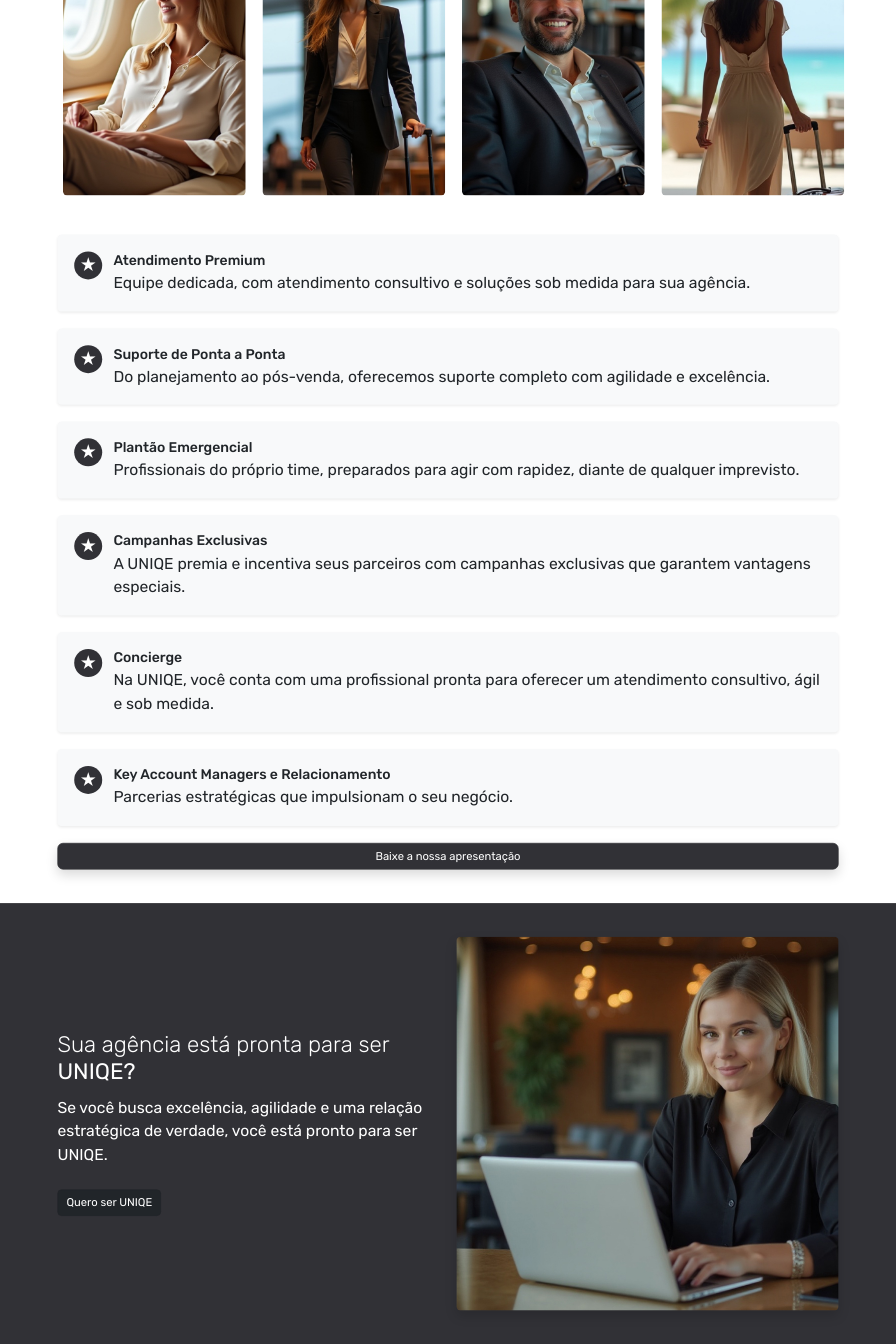
Repository: SkyTeam-Dev/Site-Uniqe
Page: http://localhost/
The author's editor kept a copy of each file at every save. The page is drawn from the files as they stood at one save, then again after the next save.
The browser window is 1280 px wide. The pictures show the part of the page from y = 1233 to 3153 px (the page is 3153 px tall), at 70% of full size.
Some web libraries are served in a nearby version. The page is run by PHP 8.4 with error messages shown; the project is at /var/www/html/.

Above is the page before, as saved 2025-07-03 16:15:05.

### index.php
<!DOCTYPE html>
<html lang="pt-br">

<head>
    <title>:: Uniqe by Skyteam ::</title>
    <!-- Define uma descrição otimizada para mecanismos de busca (Maximo 160 caracteres mas o recomendado é 50 caracteres) -->
    <meta name="description"
        content="CADASTRO SIMPLES, DESCONTOS E CASHBACK A viagem do seu cliente com as melhores condições Conectamos o agente a descontos imbatíveis Ofereça seus serviços a preços mais atrativos com a Uniqe By Skyteam, uma plataforma para reservas de aéreo, hotelaria, seguro-viagem e locação nacional com descontos e cashback, projetada para qualquer agente de viagem" />
    <!-- Define palavras-chave (não tem mais impacto no Google, mas pode ajudar em outros mecanismos) -->
    <meta name="keywords" content="palavra-chave1, palavra-chave2, palavra-chave3">
    <meta charset="utf-8">
    <meta http-equiv="X-UA-Compatible" content="IE=edge">
    <link rel="canonical" href="https://uniqe.tur.br/" />
    <link rel='shortlink' href='https://uniqe.tur.br/' />

    <!-- Define a indexação pelos mecanismos de busca -->
    <meta name="robots" content="index, follow"> <!-- Para indexar e seguir links -->
    <meta name="googlebot" content="index, follow"> <!-- Específico para o Google -->
    <meta name="bingbot" content="index, follow"> <!-- Específico para o Bing -->

    <!-- GOOGLE JSON-LD para SEO -->
    <script type="application/ld+json">
    {
        "@context": "https://schema.org",
        "@type": "WebSite",
        "name": "Uniqe by Skyteam",
        "url": "https://uniqe.tur.br",
        "description": "Consolidadora PREMIUM para grandes negócios do turismo. Atendimento completo, personalizado e com foco em performance e relacionamento, venha ser Uniqe",
        "image": "https://uniqe.tur.br/Templates/Default/Imagens/OG_Uniqe_Base.jpg",
        "author": {
            "@type": "Person",
            "name": "Uniqe"
        },
        "publisher": {
            "@type": "Organization",
            "name": "Uniqe by Skyteam",
            "logo": {
                "@type": "ImageObject",
                "url": "https://uniqe.tur.br/Templates/Default/Imagens/OG_Uniqe_Base.jpg"
            }
        }
    }
    </script>
    <!-- GOOGLE JSON-LD para SEO -->

    <!-- Define o autor do conteúdo -->
    <meta name="author" content="Uniqe by Skyteam">

    <!-- Controla como o Google exibe o snippet do site -->
    <meta name="google" content="nosnippet"> <!-- Impede snippets na SERP -->
    <meta name="google" content="max-snippet:-1, max-image-preview:large, max-video-preview:-1">
    <!-- Personaliza como o conteúdo é mostrado -->

    <!-- Diz ao Google para não traduzir a página automaticamente -->
    <meta name="google" content="notranslate">

    <!-- Define a geolocalização para buscas locais -->
    <meta name="DC.title" content="Uniqe By SkyTeam" />
    <meta name="geo.region" content="BR-RS" />
    <meta name="geo.placename" content="Porto Alegre" />
    <meta name="geo.position" content="-30.030205;-51.229975" />
    <meta name="ICBM" content="-30.030205, -51.229975" />
    <!-- Criador do conteúdo -->
    <meta name="DC.creator" content="Uniqe By SkyTeam">
    <!-- Assunto ou tema do conteúdo -->
    <meta name="DC.subject"
        content="Consolidadora PREMIUM para grandes negócios do turismo. Atendimento completo, personalizado e com foco em performance e relacionamento, venha ser Uniqe">
    <!-- Descrição do conteúdo -->
    <meta name=" DC.description"
        content="Consolidadora PREMIUM para grandes negócios do turismo. Atendimento completo, personalizado e com foco em performance e relacionamento, venha ser Uniqe">

    <!-- Editora ou organização responsável -->
    <meta name="publisher" content="Uniqe By SkyTeam">
    <!-- Identificador único (ex: URL, DOI) -->
    <meta name="identifier" content="https://uniqe.tur.br">
    <!-- Idioma do conteúdo -->
    <meta name="language" content="pt-BR">

    <!-- Direitos autorais e licenciamento -->
    <meta name="rights" content="© 2025 Uniqe By SkyTeam. Todos os direitos reservados.">


    <!-- Definição do protocolo Open Graph BASE -->
    <meta property="og:type" content="website">
    <!-- URL canônica da página -->
    <meta property="og:url" content="https://uniqe.tur.br/">
    <!-- Título que aparecerá no compartilhamento -->
    <meta property="og:title" content="Uniqe by Skyteam">
    <!-- Descrição curta e chamativa -->
    <meta property="og:description"
        content="Consolidadora PREMIUM para grandes negócios do turismo. Atendimento completo, personalizado e com foco em performance e relacionamento, venha ser Uniqe">
    <!-- Imagem para exibição no compartilhamento -->
    <meta property="og:image" content="https://uniqe.tur.br/Templates/Default/Imagens/OG_Uniqe_Base.jpg">
    <!-- 1200x630 pixels é o tamanho recomendado pelo Facebook e outras redes sociais -->
    <meta property="og:image:alt"
        content="Uniqe by Skyteam - Consolidadora PREMIUM para grandes negócios do turismo. Atendimento completo, personalizado e com foco em performance e relacionamento, venha ser Uniqe">
    <!-- Especificações adicionais para a imagem -->
    <meta property="og:image:width" content="1200">
    <meta property="og:image:height" content="630">
    <!-- Nome do site (opcional, mas recomendado) -->
    <meta property="og:site_name" content="Uniqe by Skyteam">
    <!-- Idioma da página -->
    <meta property="og:locale" content="pt_BR">
    <!-- Definição do protocolo Open Graph BASE -->

    <!-- Twitter Card -->
    <meta name="twitter:card" content="summary_large_image">
    <meta name="twitter:title" content="Uniqe by Skyteam">
    <meta name="twitter:description"
        content="Consolidadora PREMIUM para grandes negócios do turismo. Atendimento completo, personalizado e com foco em performance e relacionamento, venha ser Uniqe">
    <meta name="twitter:image" content="https://uniqe.tur.br/Templates/Default/Imagens/OG_Uniqe_Base.jpg">
    <!-- Twitter Card -->



    <meta name="viewport" content="width=device-width, initial-scale=1, shrink-to-fit=no">

    <link rel='preconnect' href='//fonts.googleapis.com' />
    <link rel="preconnect" href="//fonts.gstatic.com" crossorigin>
    <link rel='preconnect' href='//jsdelivr.net' />
    <link rel='preconnect' href='//cdn.jsdelivr.net' />
    <link rel='preconnect' href='//code.jquery.com' />



    <!-- CSS -->
    <script src="https://kit.fontawesome.com/1f7edb10c1.js" crossorigin="anonymous"></script>

    <link
        href="https://fonts.googleapis.com/css2?family=DM+Sans:ital,opsz,wght@0,9..40,100..1000;1,9..40,100..1000&family=Inter:ital,opsz,wght@0,14..32,100..900;1,14..32,100..900&family=Rubik:ital,wght@0,300..900;1,300..900&display=swap"
        rel="stylesheet">

    <link rel="stylesheet" href="Templates/Default/Bootstrap/bootstrap.css">
    <link rel="stylesheet" href="Templates/Default/CSS/Site.css">

    <link rel="stylesheet" href="https://cdn.jsdelivr.net/npm/slick-carousel@1.8.1/slick/slick.css" />
    <link rel="stylesheet" href="https://cdn.jsdelivr.net/npm/slick-carousel@1.8.1/slick/slick-theme.css" />


    <!-- CSS -->

    <!-- Favicon -->


    <!-- Favicon e Theme Color-->
    <link rel="icon" type="image/png" href="Templates/Default/Imagens/Favicons/favicon-96x96.png" sizes="96x96" />
    <link rel="icon" type="image/svg+xml" href="Templates/Default/Imagens/Favicons/favicon.svg" />
    <link rel="shortcut icon" href="Templates/Default/Imagens/Favicons/favicon.ico" />
    <link rel="icon" href="Templates/Default/Imagens/Favicons/favicon.ico" type="image/x-icon">
    <link rel="apple-touch-icon" sizes="180x180" href="Templates/Default/Imagens/Favicons/apple-touch-icon.png" />
    <link rel="manifest" href="Templates/Default/Imagens/Favicons/site.webmanifest" />
    <link rel="apple-touch-icon" href="Templates/Default/Imagens/Favicons/favicon-96x96.png">
    <meta name="msapplication-TileImage" content="Templates/Default/Imagens/Favicons/favicon-96x96.png">
    <meta name="theme-color" content="#313136">
    <meta name="apple-mobile-web-app-capable" content="yes">
    <meta name="apple-mobile-web-app-status-bar-style" content="black-translucent">
    <meta name="msapplication-TileColor" content="#313136">
    <!-- Favicon -->


    <!-- Rastreamento e Comunicação -->

    <!-- Rastreamento e Comunicação -->



    <script src="https://www.google.com/recaptcha/api.js"></script>


</head>

<body onload="document.body.classList.add('show');" class="fade-in">


    <!-- Cabeçalho -->
    <header id="mainHeader" class="menu-transparent mt-0">
        <div class="container-fluid d-flex justify-content-between align-items-center p-3">
            <div>
                <img src="Templates/Default/Imagens/Logo_Uniqe_Branco.png" class="ms-4 img-fluid fw-bold">
                <!-- Troque pelo seu logo -->
            </div>
            <div>
                <a href="#" class="btn btn-outline-light me-2 rounded-3 shadow">Seja Cliente</a>
                <a href="#" class="btn btn-light rounded-3 shadow">Portal Uniqe</a>
            </div>
        </div>
    </header>

    <!-- Conteúdo -->
    <main class="bg-primary">

        <section class="container-fluid p-5 Hero d-flex justify-content-center align-items-center min-vh-100" id="Hero">
            <div class="row">
                <div class="col-md-6 col-sm-12">
                    <h1 class="text-white mb-5">Consolidadora Premium para Grandes Negócios do Turismo</h1>
                    <p class="text-white mb-3">Atendimento completo, personalizado e com foco em performance e
                        relacionamento.</p>
                    <a href="#" class="btn btn-lg btn-primary">Quero ser UNIQE</a>
                </div>
            </div>


        </section>

    </main>
    <!-- Conteúdo -->

    <!-- Cabeçalho -->

    <!-- Por que ser UNIQE -->

    <section class="container bg-white Espacamento_Superior">

        <div class="row  p-5">

            <div class="col-sm-12">

                <h1 class="mb-2">Por que ser UNIQE?</h1>
                <p class="mb-5">Mais do que uma consolidadora, somos um parceiro estratégico com atendimento premium
                    e completo em todas as etapas da jornada.</p>
            </div>
        </div>
        <div class="row text-center">

            <div class="col-md-3 col-sm-12">
                <img src="Templates/Default/Imagens/foto-uniqe-01.jpg"
                    class="img-fluid img-hover-site text-center m-2 rounded border-1">
            </div>

            <div class="col-md-3 col-sm-12">
                <img src="Templates/Default/Imagens/foto-uniqe-02.png"
                    class="img-fluid img-hover-site text-center m-2 rounded border=1">
            </div>

            <div class="col-md-3 col-sm-12">
                <img src="Templates/Default/Imagens/foto-uniqe-03.jpg"
                    class="img-fluid img-hover-site text-center m-2 rounded border=1">
            </div>

            <div class="col-md-3 col-sm-12">
                <img src="Templates/Default/Imagens/foto-uniqe-04.jpg"
                    class="img-fluid img-hover-site text-center m-2 rounded border-1">
            </div>




        </div>

        </div>

    </section>

    <!-- Por que ser UNIQE -->

    <section class="container py-5">
        <div class="row g-4">

            <div class="col-12">
                <div class="card-beneficio d-flex align-items-start bg-light rounded p-4 shadow-sm">
                    <div class="me-3">
                        <span
                            class="icone fs-4 text-white rounded-circle d-inline-flex align-items-center justify-content-center"
                            style="width: 40px; height: 40px;">
                            ★
                        </span>
                    </div>
                    <div>
                        <h5 class="mb-1">Atendimento Premium</h5>
                        <p class="mb-0">Equipe dedicada, com atendimento consultivo e soluções sob medida para sua
                            agência.</p>
                    </div>
                </div>
            </div>

            <div class="col-12">
                <div class="card-beneficio d-flex align-items-start bg-light rounded p-4 shadow-sm">
                    <div class="me-3">
                        <span
                            class="icone fs-4 text-white rounded-circle d-inline-flex align-items-center justify-content-center"
                            style="width: 40px; height: 40px;">
                            ★
                        </span>
                    </div>
                    <div>
                        <h5 class="mb-1">Suporte de Ponta a Ponta</h5>
                        <p class="mb-0">Do planejamento ao pós-venda, oferecemos suporte completo com agilidade e
                            excelência.</p>
                    </div>
                </div>
            </div>


            <div class="col-12">
                <div class="card-beneficio d-flex align-items-start bg-light rounded p-4 shadow-sm">
                    <div class="me-3">
                        <span
                            class="icone fs-4 text-white rounded-circle d-inline-flex align-items-center justify-content-center"
                            style="width: 40px; height: 40px;">
                            ★
                        </span>
                    </div>
                    <div>
                        <h5 class="mb-1">Plantão Emergencial</h5>
                        <p class="mb-0">Profissionais do próprio time, preparados para agir com rapidez, diante de
                            qualquer imprevisto.</p>
                    </div>
                </div>
            </div>

            <div class="col-12">
                <div class="card-beneficio d-flex align-items-start bg-light rounded p-4 shadow-sm">
                    <div class="me-3">
                        <span
                            class="icone fs-4 text-white rounded-circle d-inline-flex align-items-center justify-content-center"
                            style="width: 40px; height: 40px;">
                            ★
                        </span>
                    </div>
                    <div>
                        <h5 class="mb-1">Campanhas Exclusivas</h5>
                        <p class="mb-0">A UNIQE premia e incentiva seus parceiros com campanhas exclusivas que garantem
                            vantagens especiais.</p>
                    </div>
                </div>
            </div>

            <div class="col-12">
                <div class="card-beneficio d-flex align-items-start bg-light rounded p-4 shadow-sm">
                    <div class="me-3">
                        <span
                            class="icone fs-4 text-white rounded-circle d-inline-flex align-items-center justify-content-center"
                            style="width: 40px; height: 40px;">
                            ★
                        </span>
                    </div>
                    <div>
                        <h5 class="mb-1">Concierge</h5>
                        <p class="mb-0">Na UNIQE, você conta com uma profissional pronta para oferecer um atendimento
                            consultivo, ágil e sob medida.</p>
                    </div>
                </div>
            </div>

            <div class="col-12">
                <div class="card-beneficio d-flex align-items-start bg-light rounded p-4 shadow-sm">
                    <div class="me-3">
                        <span
                            class="icone fs-4 text-white rounded-circle d-inline-flex align-items-center justify-content-center"
                            style="width: 40px; height: 40px;">
                            ★
                        </span>
                    </div>
                    <div>
                        <h5 class="mb-1">Key Account Managers e Relacionamento</h5>
                        <p class="mb-0">Parcerias estratégicas que impulsionam o seu negócio.</p>
                    </div>
                </div>
            </div>

            <div class="col-12">
                <div class="d-grid gap-2">
                    <a href="https://uniqe.blob.core.windows.net/uniqe/apresentacao/apresenta%C3%A7%C3%A3o-uniqe.pdf"
                        class="btn btn-primary btn-block rounded-3 shadow">
                        Baixe a nossa apresentação
                    </a>
                </div>
            </div>



        </div>
    </section>

    <section class="container-fluid bg-primary text-white py-5">
        <div class="container">
            <div class="row align-items-center">

                <!-- Coluna de texto -->
                <div class="col-md-6 mb-4 mb-md-0">
                    <h2 class="fw-light">Sua agência está pronta para ser <strong>UNIQE?</strong></h2>
                    <p class="mt-3">Se você busca excelência, agilidade e uma relação estratégica de verdade, você está
                        pronto para ser UNIQE.</p>
                    <a href="#" class="btn btn-dark mt-3">Quero ser UNIQE</a>
                </div>

                <!-- Coluna de imagem -->
                <div class="col-md-6 text-center">
                    <img src="Templates/Default/Imagens/foto-uniqe-formulario.jpg" alt="Atendente UNIQE" class="img-fluid rounded shadow">
                </div>

            </div>
        </div>
    </section>







    <script src="https://cdn.jsdelivr.net/npm/bootstrap@5.3.3/dist/js/bootstrap.bundle.min.js"></script>
    <script>
    const header = document.getElementById('mainHeader');
    let lastScroll = 0;

    window.addEventListener('scroll', () => {
        const currentScroll = window.scrollY;

        if (currentScroll <= 0) {
            header.classList.add('menu-transparent');
            header.classList.remove('menu-colored');
            return;
        }

        if (currentScroll > lastScroll) {
            // Rolando para baixo
            header.classList.add('menu-colored');
            header.classList.remove('menu-transparent');
        } else {
            // Rolando para cima
            if (currentScroll <= 100) {
                header.classList.add('menu-transparent');
                header.classList.remove('menu-colored');
            }
        }

        lastScroll = currentScroll;
    });
    </script>

</body>

</html>

### Templates/Default/CSS/Site.css
body{
    overflow-x: hidden;

}

.fade-in {
    opacity: 0;
    transition: opacity 1s ease-in-out;
}

.fade-in.show {
    opacity: 1;
}

header {
  position: fixed;
  width: 100%;
  z-index: 999;
  transition: background-color 0.3s ease, box-shadow 0.3s ease;
}

.menu-transparent {
  background-color: transparent !important;
  box-shadow: none !important;
}

.menu-colored {
  background-color: var(--bs-primary) !important;
  box-shadow: 0 2px 5px rgba(0, 0, 0, 0.1);
}

.Hero {
  height: 100vh;
  background-image: url('../Imagens/foto-home-uniqe.jpg');
  background-repeat: no-repeat;
  background-size: cover;
  background-position: center;
}

.Espacamento_Superior{
    padding-top: 8rem !important;
}

.Espacamento_Inferior{
    padding-bottom: 8rem !important;
}


.icone{
    background-color: var(--bs-primary);
}

.card-beneficio .icone,
.card-beneficio h5 {
  transition: all 0.3s ease-in-out;
}

.card-beneficio:hover .icone {
  transform: scale(1.3);
  background-color: #73737d;
}

.card-beneficio:hover h5 {
  color: #73737d; /* cor primária do Bootstrap (pode mudar para outra que quiser) */
}

.img-hover-site:hover{
    box-shadow: 0px 0px 20px 1px rgba(0,0,0,0.5);
    transition: all 0.3s ease-in-out;
    transform: scale(1.1);
    -webkit-transform: scale(1.1);
    -moz-transform: scale(1.1);
    -ms-transform: scale(1.1);
    -o-transform: scale(1.1);
    -webkit-transition: all 0.3s ease-in-out;
    -moz-transition: all 0.3s ease-in-out;
    -ms-transition: all 0.3s ease-in-out;
    -o-transition: all 0.3s ease-in-out;
}

Loaded but not shown: Templates/Default/Bootstrap/bootstrap.css (library)

After the next save:
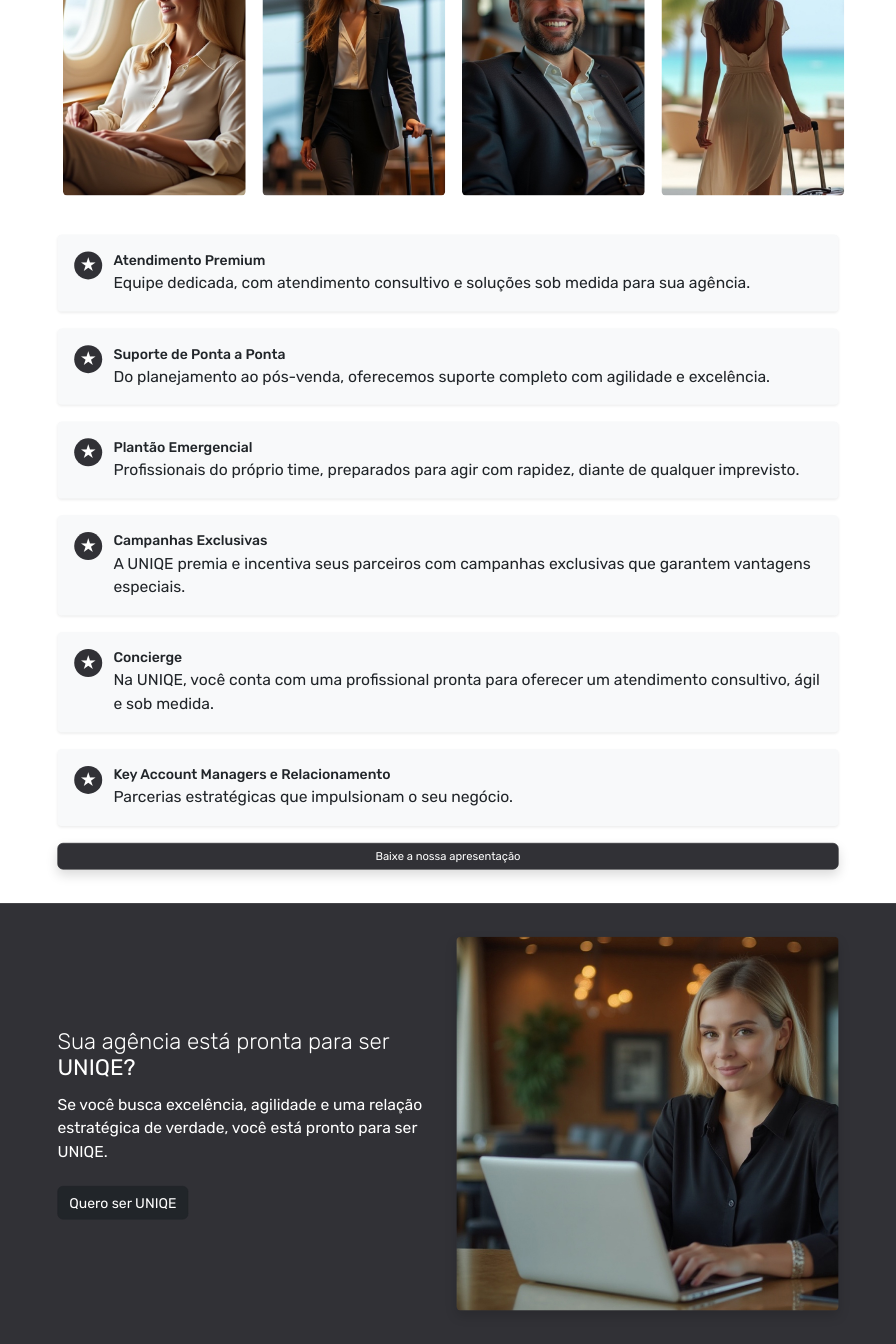
Saved 5 s later.
--- a/index.php
+++ b/index.php
@@ -381,7 +381,7 @@
                     <h2 class="fw-light">Sua agência está pronta para ser <strong>UNIQE?</strong></h2>
                     <p class="mt-3">Se você busca excelência, agilidade e uma relação estratégica de verdade, você está
                         pronto para ser UNIQE.</p>
-                    <a href="#" class="btn btn-dark mt-3">Quero ser UNIQE</a>
+                    <a href="#" class="btn btn-dark btn-lg mt-3">Quero ser UNIQE</a>
                 </div>
 
                 <!-- Coluna de imagem -->
